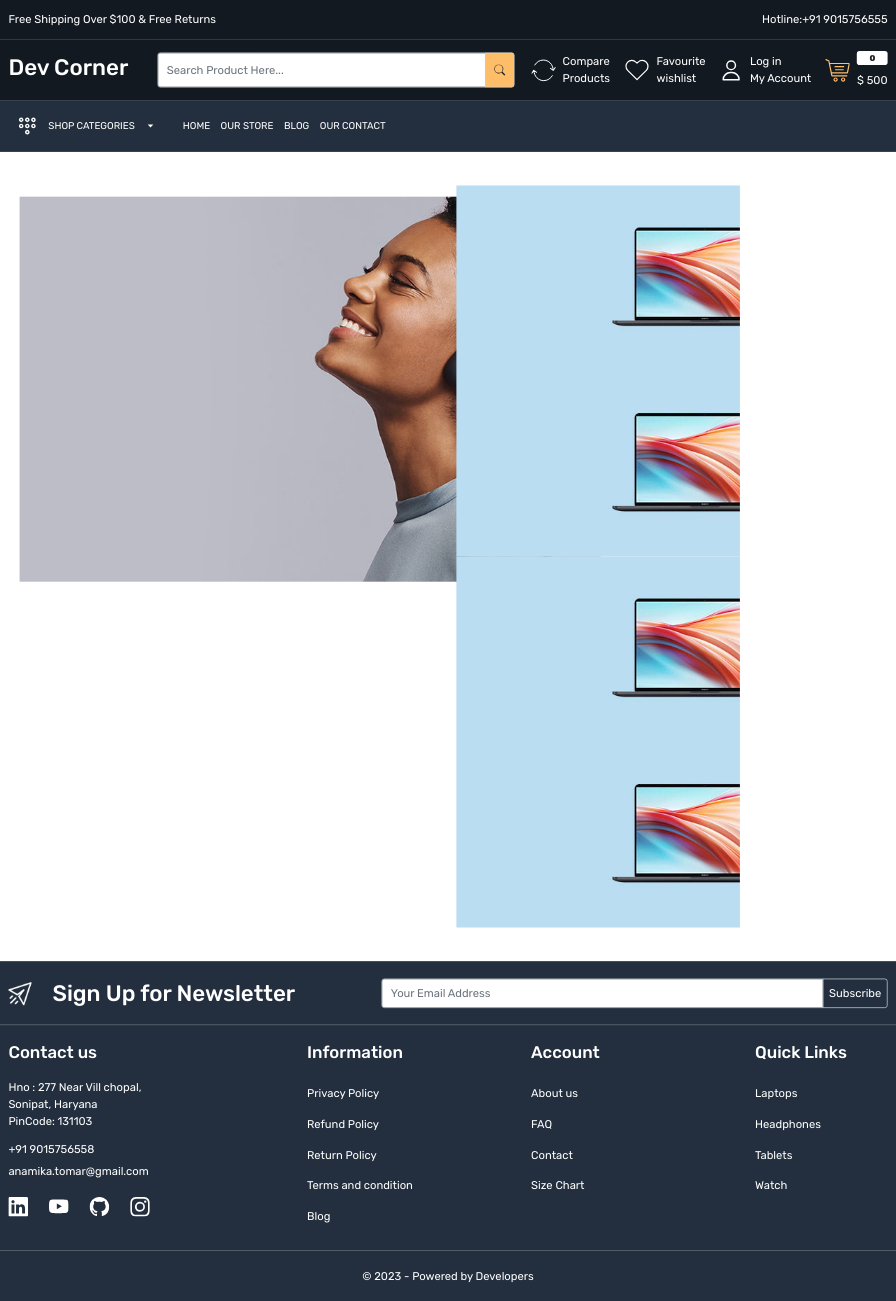
Repository: anamikatomar21/demo
Page: /
An editor plug-in stored every save of this project. The page is shown before and after a run of saves, followed by the edit.
The browser window is 1280 px wide. The pictures show the whole page, at 70% of full size.
The project was rebuilt for these pictures with package versions that can differ from the ones it lists, and the page was loaded fresh each time. Also part of the build but not shown: src/pages/About.js, src/pages/Contact.js.

Above is the page before, as saved 2023-05-14 18:59:04.

### public/index.html
<!DOCTYPE html>
<html lang="en">
  <head>
    <meta charset="utf-8" />
    <link rel="icon" href="%PUBLIC_URL%/favicon.ico" />
    <meta name="viewport" content="width=device-width, initial-scale=1" />
    <meta name="theme-color" content="#000000" />
    <meta
      name="description"
      content="Web site created using create-react-app"
    />
    <link rel="apple-touch-icon" href="%PUBLIC_URL%/logo192.png" />
    <link
      href="https://cdn.jsdelivr.net/npm/bootstrap@5.0.2/dist/css/bootstrap.min.css"
      rel="stylesheet"
      integrity="sha384-EVSTQN3/azprG1Anm3QDgpJLIm9Nao0Yz1ztcQTwFspd3yD65VohhpuuCOmLASjC"
      crossorigin="anonymous"
    />
    <link rel="manifest" href="%PUBLIC_URL%/manifest.json" />
    <link rel="preconnect" href="https://fonts.googleapis.com" />
    <link rel="preconnect" href="https://fonts.gstatic.com" crossorigin />
    <link
      href="https://fonts.googleapis.com/css2?family=Rubik:ital,wght@0,300;0,400;0,500;0,800;1,600&display=swap"
      rel="stylesheet"
    />
    <title>Ecommerce App</title>
  </head>
  <body>
    <noscript>You need to enable JavaScript to run this app.</noscript>
    <div id="root"></div>
    <script
      src="https://cdn.jsdelivr.net/npm/bootstrap@5.0.2/dist/js/bootstrap.bundle.min.js"
      integrity="sha384-MrcW6ZMFYlzcLA8Nl+NtUVF0sA7MsXsP1UyJoMp4YLEuNSfAP+JcXn/tWtIaxVXM"
      crossorigin="anonymous"
    ></script>
  </body>
</html>

### src/App.js
import React from "react";
import { BrowserRouter, Routes, Route } from "react-router-dom";
import "./App.css";
import Layout from "./components/Layout";
import Home from "./pages/Home";
import About from "./pages/About";
import Contact from "./pages/Contact";

function App() {
  return (
    <>
      <BrowserRouter>
        <Routes>
          <Route path="/" element={<Layout />}>
            <Route index element={<Home />} />
            <Route path="about" element={<About />} />
            <Route path="contact" element={<Contact />} />
          </Route>
        </Routes>
      </BrowserRouter>
    </>
  );
}

export default App;

### src/App.css
* {
  margin: 0;
  padding: 0;
  box-sizing: border-box;
}
:root {
  --color-131921: #131921;
  --color-3b4149: #3b4149;
  --color-febd69: #febd69;
  --color-232f3e: #232f3e;
  --color-bf4800: #bf4800;
  --color-f5f5f7: #f5f5f7;
  --color-ededed: #ededed;
  --color-777777: #777777;
  --color-1c1c1b: #1c1c1b;
}
.section-heading {
  font-size: 26px;
  line-height: 32px;
  font-weight: 500;
  margin-bottom: 30px;
}
.card-wrapper {
  background-color: white;
  box-shadow: 0 0 10px #0000001a;
  padding: 15px;
}
body {
  font-family: "Rubik", sans-serif;
}
a {
  text-decoration: none;
  display: inline-block;
}
.form-control:focus {
  box-shadow: none;
  border-color: inherit;
}

.gap-10 {
  gap: 10px;
}
.gap-15 {
  gap: 15px;
}
.gap-30 {
  gap: 30px;
}

.button {
  background-color: var(--color-232f3e);
  color: white;
  font-size: 14px;
  padding: 13px 33px;
  border-radius: 25px;
}
.button:hover {
  background-color: var(--color-febd69);
  color: #131921;
}
/* Header Part */

.header-top-strip {
  border-bottom: 1px solid var(--color-3b4149);
  background-color: var(--color-131921);
}
.header-upper {
  background-color: var(--color-131921);
}
.header-bottom {
  background-color: var(--color-232f3e);
}
.header-upper .input-group-text {
  background-color: var(--color-febd69);
}
.header-upper.header-upper-links img {
  width: 35px;
  height: 35px;
}
.header-bottom .menu-links a,
.header-bottom .dropdown button {
  color: white;
  font-size: 14px;
  line-height: 18px;
  font-weight: 400;
  letter-spacing: 0.3;
  text-transform: uppercase;
}

.header-bottom .dropdown button:focus {
  box-shadow: none;
}
.header-bottom .dropdown-menu {
  background-color: var(--color-131921);
  width: 100%;
  transform: translate3d(0px, 57px, 0px) !important;
}
.header-bottom .dropdown-item {
  padding: 20px;
  margin-bottom: 3px;
  border-bottom: 1px solid var(--color-3b4149);
}
.header-bottom .dropdown-item:hover {
  background-color: transparent;
  color: var(--color-febd69) !important;
}
/* Header Part End Here */

/* Footer part */

footer {
  background-color: var(--color-232f3e);
}
footer:not(:first-child) {
  border-top: 1px solid rgba(255, 255, 255, 0.1);
}
footer .input-group-text {
  background-color: var(--color-232f3e);
  color: white;
  padding: 8px 17px;
}
/* Footer part ends here */

### src/components/Layout.js
import React from "react";
import { Outlet } from "react-router-dom";
import Footer from "./Footer";
import Header from "./Header";

const Layout = () => {
  return (
    <>
      <Header />
      <Outlet />
      <Footer />
    </>
  );
};

export default Layout;

### src/pages/Home.js
import React from "react";

const Home = () => {
  return (
    <>
      <section className="home-wrapper-1 py-5">
        <div className="container-xxl">
          <div className="row">
            <div className="col-6">
              <div className="main-banner-content p-3">
                <img src="/images/images/main-banner.jpg" alt="" />
              </div>
            </div>

            <div className="col-6">
              <div className="col-3">
                <img src="/images/images/catbanner-01.jpg" alt="" />
              </div>
              <div className="col-3">
                <img src="/images/images/catbanner-01.jpg" alt="" />
              </div>
              <div className="col-3">
                <img src="/images/images/catbanner-01.jpg" alt="" />
              </div>
              <div className="col-3">
                <img src="/images/images/catbanner-01.jpg" alt="" />
              </div>
            </div>
          </div>
        </div>
      </section>
    </>
  );
};

export default Home;

### src/components/Footer.js
import React from "react";
import { BsLinkedin, BsYoutube, BsGithub, BsInstagram } from "react-icons/bs";
import { Link } from "react-router-dom";

const Footer = () => {
  return (
    <>
      <footer className="py-4">
        <div className="container-xxl">
          <div className="row  align-items-center">
            <div className="col-5">
              <div className="footer-top-data d-flex gap-30 align-items-center">
                <img src="/images/images/newsletter.png" alt="newsletter" />
                <h2 className="mb-0 text-white">Sign Up for Newsletter</h2>
              </div>
            </div>
            <div className="col-7">
              <div className="input-group">
                <input
                  type="text"
                  className="form-control py-1"
                  placeholder="Your Email Address"
                  aria-label="Your Email Address"
                  aria-describedby="basic-addon2"
                />
                <span className="input-group-text p-2" id="basic-addon2">
                  Subscribe
                </span>
              </div>
            </div>
          </div>
        </div>
      </footer>
      <footer className="py-4">
        <div className="container-xxl">
          <div className="row">
            <div className="col-4">
              <h4 className="text-white mb-4">Contact us </h4>
              <div>
                <address className="text-white fs-6">
                  Hno : 277 Near Vill chopal, <br /> Sonipat, Haryana <br />
                  PinCode: 131103
                </address>

                <a
                  href="tel: +91 9015756558"
                  className="text-white d-block mb-1 mt-3"
                >
                  +91 9015756558
                </a>
                <a
                  href="mailto:anamika.tomar@gmail.com"
                  className="text-white d-block mb-0 mt-2"
                >
                  anamika.tomar@gmail.com
                </a>

                <div className="socialicons d-flex align-item-center gap-30 mt-4">
                  <a href="" className="text-white">
                    <BsLinkedin className=" fs-3" />
                  </a>
                  <a href="" className="text-white">
                    <BsYoutube className=" fs-3" />
                  </a>
                  <a href="" className="text-white">
                    <BsGithub className=" fs-3" />
                  </a>
                  <a href="" className="text-white">
                    <BsInstagram className=" fs-3" />
                  </a>
                </div>
              </div>
            </div>
            <div className="col-3">
              <h4 className="text-white mb-4">Information</h4>
              <div className="footer-link d-flex flex-column">
                <Link className="text-white py-2 mb-1">Privacy Policy</Link>
                <Link className="text-white py-2 mb-1">Refund Policy</Link>
                <Link className="text-white py-2 mb-1">Return Policy</Link>
                <Link className="text-white py-2 mb-1">
                  Terms and condition
                </Link>
                <Link className="text-white py-2 mb-1">Blog</Link>
              </div>
            </div>
            <div className="col-3">
              <h4 className="text-white mb-4">Account</h4>
              <div className="footer-link d-flex flex-column">
                <Link className="text-white py-2 mb-1">About us </Link>
                <Link className="text-white py-2 mb-1">FAQ</Link>
                <Link className="text-white py-2 mb-1">Contact</Link>
                <Link className="text-white py-2 mb-1">Size Chart</Link>
              </div>
            </div>

            <div className="col-2">
              <h4 className="text-white mb-4">Quick Links</h4>
              <div className="footer-link d-flex flex-column">
                <Link className="text-white py-2 mb-1">Laptops</Link>
                <Link className="text-white py-2 mb-1">Headphones</Link>
                <Link className="text-white py-2 mb-1">Tablets</Link>
                <Link className="text-white py-2 mb-1">Watch</Link>
              </div>
            </div>
          </div>
        </div>
      </footer>
      <footer className="py-4">
        <div className="container-xxl">
          <div className="row">
            <div className="col-12">
              <p className="text-center mb-0 text-white">
                &copy; {new Date().getFullYear()} - Powered by Developers
              </p>
            </div>
          </div>
        </div>
      </footer>
    </>
  );
};

export default Footer;

### src/components/Header.js
import React from "react";
import { NavLink, Link } from "react-router-dom";
import { BsSearch } from "react-icons/bs";

const Header = () => {
  return (
    <>
      <header className="header-top-strip py-3">
        <div className="container-xxl">
          <div className="row">
            <div className="col-6">
              <p className="text-white mb-0">
                Free Shipping Over $100 & Free Returns
              </p>
            </div>
            <div className="col-6">
              <p className="text-end text-white mb-0">
                Hotline:
                <a href="tel:+91 9015756555" className="text-white">
                  +91 9015756555
                </a>
              </p>
            </div>
          </div>
        </div>
      </header>

      <header className="header-upper py-3">
        <div className="container-xxl">
          <div className="row align-items-center">
            <div className="col-2">
              <h2>
                <Link className="text-white">Dev Corner</Link>
              </h2>
            </div>
            <div className="col-5 ">
              <div className="input-group ">
                <input
                  type="text"
                  className="form-control py-2"
                  placeholder="Search Product Here..."
                  aria-label="Search Product Here..."
                  aria-describedby="basic-addon2"
                />
                <span className="input-group-text py-3" id="basic-addon2">
                  <BsSearch className="fs-6" />
                </span>
              </div>
            </div>
            <div className="col-5">
              <div className="headear-upper-links d-flex align-items-center justify-content-between">
                <div>
                  <Link
                    to="/compare-product"
                    className="d-flex align-items-center gap-10 text-white"
                  >
                    <img src="/images/images/compare.svg" alt="compare" />
                    <p className="mb-0">
                      Compare <br /> Products
                    </p>
                  </Link>
                </div>
                <div>
                  <Link
                    to="/compare-product"
                    className="d-flex align-items-center gap-10 text-white"
                  >
                    <img src="/images/images/wishlist.svg" alt="compare" />
                    <p className="mb-0">
                      Favourite <br /> wishlist
                    </p>
                  </Link>
                </div>
                <div>
                  <Link
                    to="/compare-product"
                    className="d-flex align-items-center gap-10 text-white"
                  >
                    <img src="/images/images/user.svg" alt="compare" />
                    <p className="mb-0">
                      Log in <br /> My Account
                    </p>
                  </Link>
                </div>
                <div>
                  <Link
                    to="/cart"
                    className="d-flex align-items-center gap-10 text-white"
                  >
                    <img src="/images/images/cart.svg" alt="cart" />
                    <div className="d-flex flex-column gap-10">
                      <span className="badge bg-white text-dark">0</span>
                      <p className="mb-0">$ 500</p>
                    </div>
                  </Link>
                </div>
              </div>
            </div>
          </div>
        </div>
      </header>

      <header className="header-bottom py-3">
        <div className="container-xxl">
          <div className="row">
            <div className="col-12">
              <div className="menu-bottom d-flex align-items-center gap-30">
                <div>
                  <div className="dropdown">
                    <button
                      className="btn btn-secondary dropdown-toggle bg-transparent border-0 gap-15 d-flex align-items-center"
                      type="button"
                      id="dropdownMenuButton1"
                      data-bs-toggle="dropdown"
                      aria-expanded="false"
                    >
                      <img src="/images/images/menu.svg" alt="" />
                      <span> Shop Categories</span>
                    </button>
                    <ul
                      className="dropdown-menu"
                      aria-labelledby="dropdownMenuButton1"
                    >
                      <li>
                        <Link className="dropdown-item text-white" to="">
                          Action
                        </Link>
                      </li>
                      <li>
                        <Link className="dropdown-item text-white" to="">
                          Another action
                        </Link>
                      </li>
                      <li>
                        <Link className="dropdown-item text-white" to="">
                          Something else here
                        </Link>
                      </li>
                    </ul>
                  </div>
                </div>
                <div className="menu-links">
                  <div className="d-flex align-items-center gap-15">
                    <NavLink to="/">Home</NavLink>
                    <NavLink to="/">Our Store</NavLink>
                    <NavLink to="/">Blog</NavLink>
                    <NavLink to="/">Our Contact</NavLink>
                  </div>
                </div>
              </div>
            </div>
          </div>
        </div>
      </header>
    </>
  );
};

export default Header;

Loaded but not shown: src/index.js (common file)

After the next 3 saves:
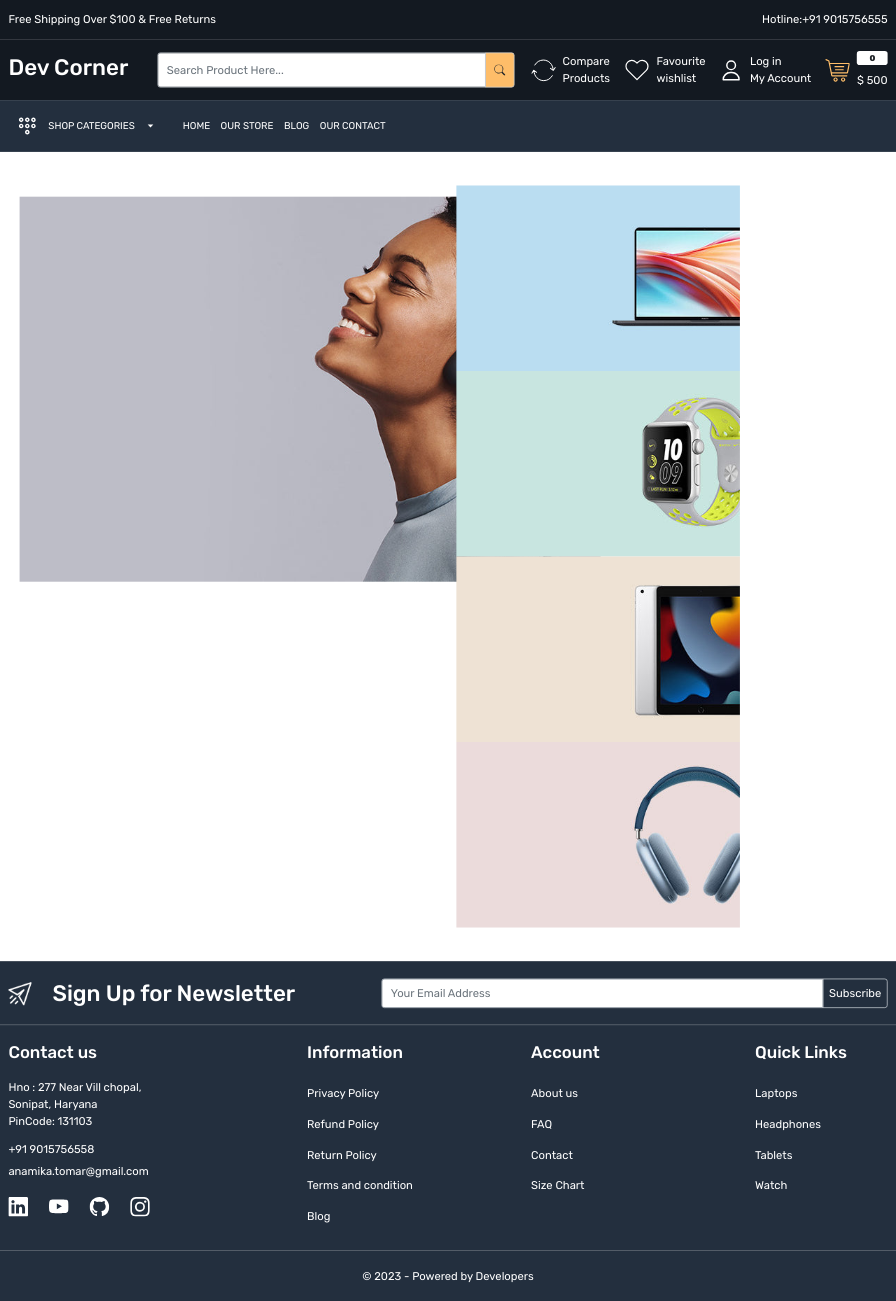
The 3 saves are shown as one change because they came seconds apart.
The last was saved 16 s later.
--- a/src/pages/Home.js
+++ b/src/pages/Home.js
@@ -17,13 +17,13 @@
                 <img src="/images/images/catbanner-01.jpg" alt="" />
               </div>
               <div className="col-3">
-                <img src="/images/images/catbanner-01.jpg" alt="" />
+                <img src="/images/images/catbanner-02.jpg" alt="" />
               </div>
               <div className="col-3">
-                <img src="/images/images/catbanner-01.jpg" alt="" />
+                <img src="/images/images/catbanner-03.jpg" alt="" />
               </div>
               <div className="col-3">
-                <img src="/images/images/catbanner-01.jpg" alt="" />
+                <img src="/images/images/catbanner-04.jpg" alt="" />
               </div>
             </div>
           </div>
